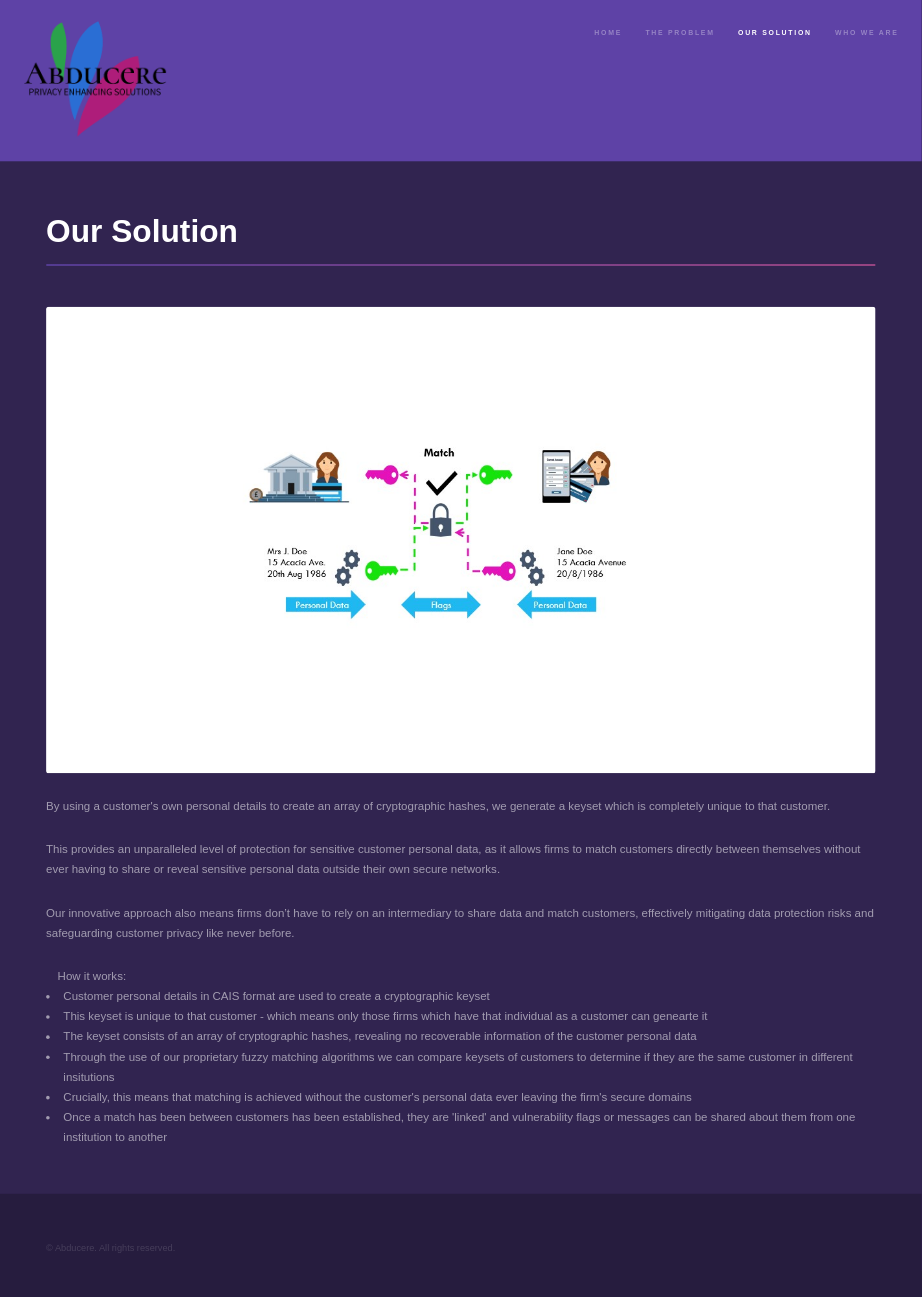
Repository: nocnoc94/nocnoc94.github.io
Page: our-solution.html
An editor plug-in stored every save of this project. The page is shown before and after the next save, followed by the edit.
The browser window is 1280 px wide. The pictures show the whole page, at 72% of full size.

Above is the page before, as saved 2024-03-21 16:18:52.

### our-solution.html
<!DOCTYPE HTML>
<html>

<head>
	<title>Abducere - Our Solution</title>
	<meta charset="utf-8" />
	<meta name="viewport" content="width=device-width, initial-scale=1, user-scalable=no" />
	<link rel="icon" href="/static/images/favicon.ico" type="image/x-icon">
	<link rel="stylesheet" href="/static/css/main.css" />
	<noscript>
		<link rel="stylesheet" href="/static/css/noscript.css" />
	</noscript>
</head>

<body class="is-preload">

	<!-- Header -->
	<header id="header">
		<!-- <a href="index.html" class="title">Abducere</a> -->
		<a id="headerLogo" class="image" href="index.html"><img src="/static/images/abducere-logo-1.png" alt=""
				data-position="left left" /></a>
		<nav>
			<ul>
				<li><a href="index.html">Home</a></li>
				<li><a href="the-problem.html">The Problem</a></li>
				<li><a href="our-solution.html" class="active">Our Solution</a></li>
				<li><a href="who-we-are.html">Who We Are</a></li>
			</ul>
		</nav>
	</header>

	<!-- Wrapper -->
	<div id="wrapper">

		<!-- Main -->
		<section id="main" class="wrapper">
			<div class="inner">
				<h1 class="major">Our Solution</h1>
				<!-- <span class="image fit"><img src="/static/images/Match.drawio.png" alt="" /></span> -->
				<span class="image fit"><img src="/static/images/Slide1.jpg" alt="" /></span>
				<p>By using a customer's own personal details to create an array of cryptographic hashes, we generate a
					keyset which is completely unique to that customer.
				</p>
				<p>This provides an unparalleled level of protection for sensitive customer personal data, as it allows
					firms to match customers directly between themselves without ever having to share or reveal
					sensitive personal data outside their own secure networks.
				</p>
				<p>Our innovative approach also means firms don’t have to rely on an intermediary to share data and
					match customers, effectively mitigating data protection risks and safeguarding customer privacy like
					never before.
				</p>
				<ul> How it works:
					<li>Customer personal details in CAIS format are used to create a cryptographic keyset</li>
					<li>This keyset is unique to that customer - which means only those firms which have that individual
						as a customer can genearte it</li>
					<li>The keyset consists of an array of cryptographic hashes, revealing no recoverable information of
						the customer personal data</li>
					<li>Through the use of our proprietary fuzzy matching algorithms we can compare keysets of customers
						to determine if they are the same customer in different insitutions</li>
					<li>Crucially, this means that matching is achieved without the customer's personal data ever
						leaving the firm's secure domains</li>
					<li>Once a match has been between customers has been established, they are 'linked' and
						vulnerability flags or messages can be shared about them from one institution to another</li>
				</ul>
			</div>
		</section>

	</div>

	<!-- Footer -->
	<footer id="footer" class="wrapper alt">
		<div class="inner">
			<ul class="menu">
				<li>&copy; Abducere. All rights reserved.</li>
			</ul>
		</div>
	</footer>

	<!-- Scripts -->
	<script src="/static/js/jquery.min.js"></script>
	<script src="/static/js/jquery.scrollex.min.js"></script>
	<script src="/static/js/jquery.scrolly.min.js"></script>
	<script src="/static/js/browser.min.js"></script>
	<script src="/static/js/breakpoints.min.js"></script>
	<script src="/static/js/util.js"></script>
	<script src="/static/js/main.js"></script>

</body>

</html>

Loaded but not shown: static/js/jquery.min.js (library); static/js/jquery.scrollex.min.js (common file); static/css/fontawesome-all.min.css (library); static/js/jquery.scrolly.min.js (common file); static/js/browser.min.js (common file); static/js/breakpoints.min.js (common file); static/js/util.js (587 lines, source omitted); static/js/main.js (190 lines, source omitted); static/css/main.css (4012 lines, source omitted)

After the next save:
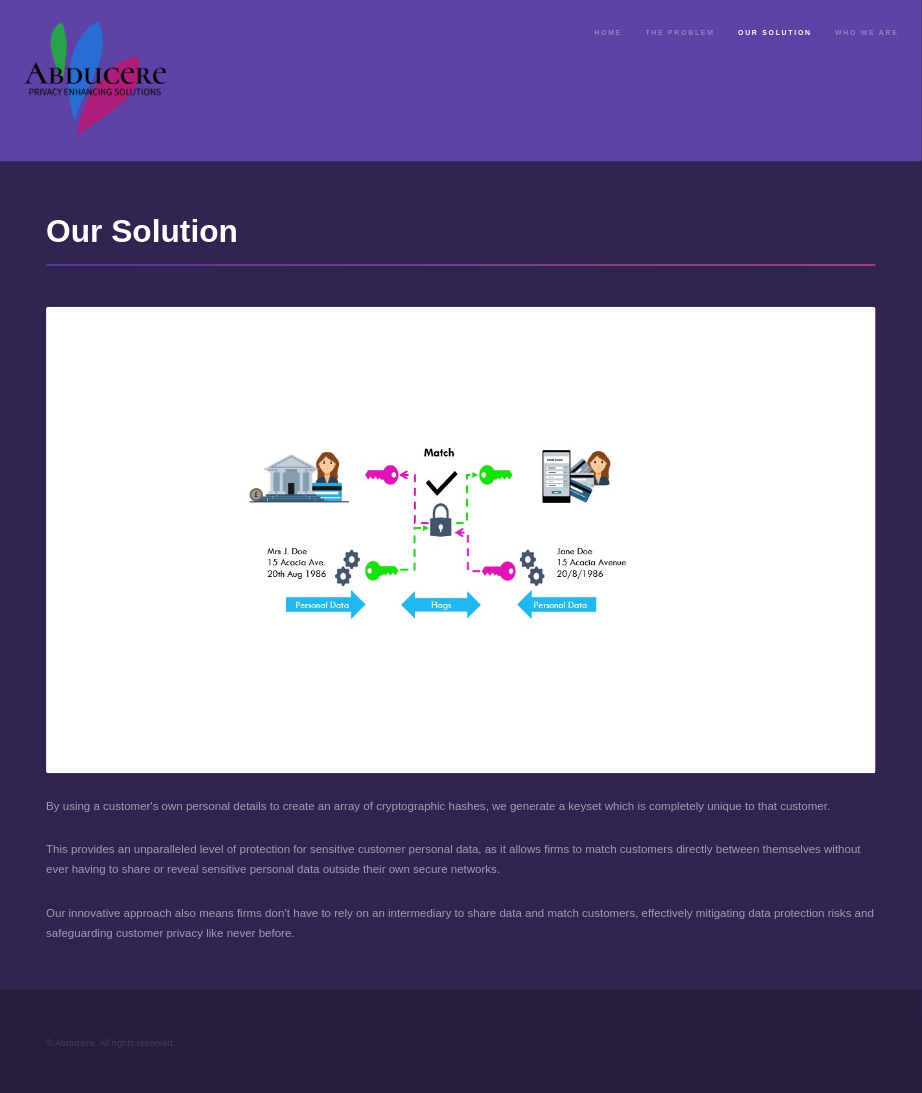
Saved 15 s later.
--- a/our-solution.html
+++ b/our-solution.html
@@ -49,7 +49,7 @@
 					match customers, effectively mitigating data protection risks and safeguarding customer privacy like
 					never before.
 				</p>
-				<ul> How it works:
+				<!-- <ul> How it works:
 					<li>Customer personal details in CAIS format are used to create a cryptographic keyset</li>
 					<li>This keyset is unique to that customer - which means only those firms which have that individual
 						as a customer can genearte it</li>
@@ -61,7 +61,7 @@
 						leaving the firm's secure domains</li>
 					<li>Once a match has been between customers has been established, they are 'linked' and
 						vulnerability flags or messages can be shared about them from one institution to another</li>
-				</ul>
+				</ul> -->
 			</div>
 		</section>
 
